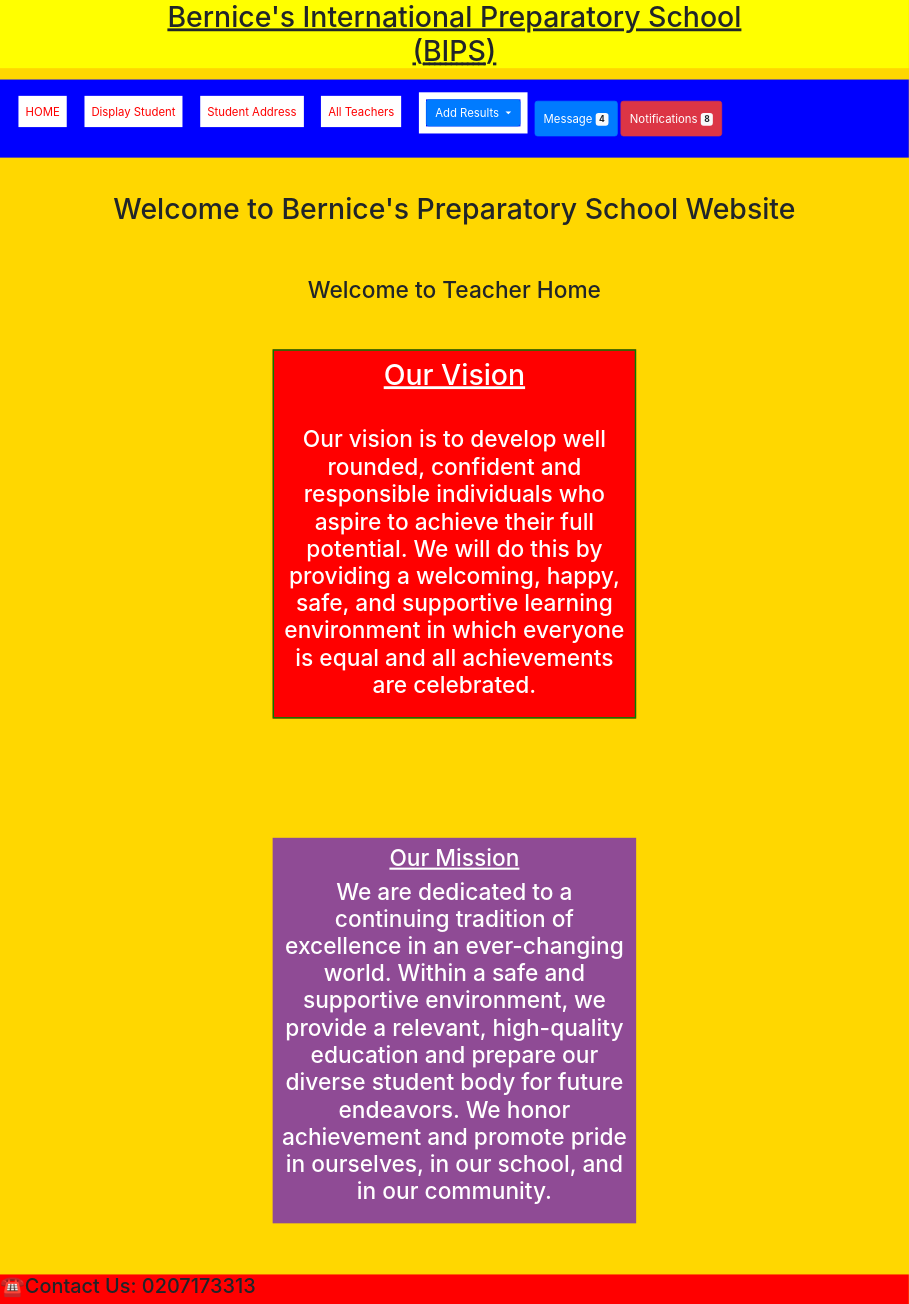
Repository: joseackah/eclipse-workspace
Page: http://localhost/com.school.mgt.system.Front.End/WEB-INF/views/teacherHome.jsp
The author's editor kept a copy of each file at every save. The page is drawn from the files as they stood at one save, then again after the next save.
The browser window is 1280 px wide. The pictures show the whole page, at 71% of full size.
The page is served by Tomcat 9. Nobody is signed in. Other server files are loaded and not shown. The template is opened directly, without the code that normally fills it, so the values that code supplies are empty.

Above is the page before, as saved 2021-08-14 20:26:27.

### com.school.mgt.system.Front.End/src/main/webapp/WEB-INF/views/teacherHome.jsp
<%@ page language="java" contentType="text/html; charset=ISO-8859-1"
    pageEncoding="ISO-8859-1"%>
<!DOCTYPE html>
<html>
<head>
<style type="text/css">

a:link{
color: red;
}
a:visited{
color: green;
}
li:hover{
background-color: green;
transition: 5s;
color: red;
}
.article{
padding: 2em;
color: white;
animation: mymove 5s infinite;
position: relative;
}
@keyframes mymove{
from{background-color: red;
}
to{background-color: blue;
}
}
h3:before{
content: '\260E';}

.aside{
padding: 2em;
color: white;
position: relative;
animation-name: myaside;
animation: myaside 6s infinite;
}
@keyframes myaside{
from{background-color: green;}
to {background-color: rgb(145,74,152);}
}
</style>

<link href="${pageContext.request.contextPath}/resources/index.css"
	rel="stylesheet">
<meta charset="ISO-8859-1">
<meta name="viewport" content="width=device-width, initial-scale=1">
  <link rel="stylesheet" href="https://maxcdn.bootstrapcdn.com/bootstrap/4.5.2/css/bootstrap.min.css">
  <script src="https://ajax.googleapis.com/ajax/libs/jquery/3.5.1/jquery.min.js"></script>
  <script src="https://cdnjs.cloudflare.com/ajax/libs/popper.js/1.16.0/umd/popper.min.js"></script>
  <script src="https://maxcdn.bootstrapcdn.com/bootstrap/4.5.2/js/bootstrap.min.js"></script>
<title>TEACHER HOME</title>
</head>
<body style="background-color:gold;">
 <div id='firstHeader' class='firstHeader' name='firstHeader'>

        <h1 style="text-align:center"><ins>Bernice's International Preparatory School <p>(<abbr title="Bernice's International Preparatory School">BIPS</abbr>)</p></ins></h1>
    </div>
    <nav class="navbar navbar-expand-sm bg-blue navbar-blue" style="background-color: blue; content-display: flex-end;">
        <ul>
            <li><a href="${pageContext.request.contextPath}/general/homePage">HOME</a></li>

            <li><a href="${pageContext.request.contextPath}/schoolStudents/displayStudents">Display Student</a></li>

            <li><a href="${pageContext.request.contextPath}/studentAddress/displayStudentAddress">Student Address</a></li>

            <li><a href="${pageContext.request.contextPath}/schoolTeachers/displayTeachers">All Teachers</a></li>

           <li>
           <div class="dropdown" style="background-color:blue;">

  <button type="button" class="btn btn-primary dropdown-toggle" data-toggle="dropdown" >
    Add Results
  </button>
  <div class="dropdown-menu">
    <a class="dropdown-item" href="${pageContext.request.contextPath}/lowerPrimary/saveResults">Primary One</a>
    <a class="dropdown-item" href="#">Primary Two</a>
    <a class="dropdown-item" href="#">Primary Three</a>
    <a class="dropdown-item" href="#">Primary Four</a>
    <a class="dropdown-item" href="#">Primary Five</a>
    <a class="dropdown-item" href="#">Primary Six</a>
    <a class="dropdown-item" href="#">JHS One</a>
    <a class="dropdown-item" href="#">JHS Two</a>
    <a class="dropdown-item" href="#">JHS Three</a>
  </div>
</div>
      </li>

        </ul>

        <div class="">
        <div>
        <button type="button" class="btn btn-primary" style="margin-right: em; height: 50px">Message <span class="badge badge-light">4</span></button>
        <button type="button" class="btn btn-danger" style="margin-right: em; height: 50px">Notifications <span class="badge badge-light">8</span></button>
        </div>


	</div>
    </nav>

<br/>
<br />
<h1 style='text-align: center;'>Welcome to Bernice's Preparatory School Website</h1>
<br/> <br/>
 <p style="text-align:center"> <h2 style="text-align:center" > Welcome to Teacher Home </h2> </p> <br /> <br />

 <section style="display:flex-center; width:100%; text-align:center;">
 <article class="article" style="display:;display:inline-block; width:40%; border: 2px solid green; background-color:red;">
  <header style="display:center;"> <h1 style="text-align:center;"> <ins> Our Vision</ins></h1> <br/>
   <p><h2>Our vision is to develop well rounded, confident and responsible individuals who aspire to achieve their full potential. We will do this by providing a welcoming, happy, safe, and supportive learning environment in which everyone is equal and all achievements are celebrated. </h2></p>
</header>
</article><br /> <br /><br /> <br /><br /> <br /><br /> <br />
<aside class="aside" style="display:inline-block; width:40%; background-color:green;  height: 50%;" >
<article >

<header> <h2> <ins> Our Mission</ins></h2></header>
<h2><p>We are dedicated to a continuing tradition of excellence in an ever-changing world. Within a safe and supportive environment, we provide a relevant, high-quality education and prepare our diverse student body for future endeavors. We honor achievement and promote pride in ourselves, in our school, and in our community. </p></h2>
</article>
</aside>
</section>
<br /> <br/> <br/>
<div id="mainFooter" style="background-color:red; display:flex; position:center;">
<footer id="mainFooter"  style="">
<h3 style="display:bottom; ">Contact Us: 0207173313</h3>

</footer>
</div>
${count}
</body>
</html>

### com.school.mgt.system.Front.End/src/main/webapp/resources/index.css
* {
    padding: 0px;
    margin: 0px;
}

.body{

	background-color:brown;
}

nav {
    /*display: flex;*/
    /*display: inline-block;*/
    align-items: center;
    align-content: center;
    width: 100%;
    border: 4px;
    background-color: blue;
}

nav li {
    display: inline-block;
    padding: 10px;
    margin: 10px;
    background-color: white;
    /*align-content: center;*/
    text-align: center;
}

#searchForm {
    float: right;
    height: 50px;
    width: 20%;
}

#input {
    align-content: flex-end;
    float: right;
    height: 40px;
    width: 70%;
    padding: 10px;
    padding-top: 30px;
    padding-bottom: 16px;
    margin: 5px;
}

#navsub {
    float: right;
    margin-top: 10px;
    margin-right: 5px;
    margin-left: 0px;
    padding: 10px;
}

#firstHeader {
    /*display: flex;*/
    /*float: left;*/
    background-color: yellow;
    height: 500%;
}








#his {
    /*display: flex;*/
    text-align: center;
    padding-top: 20px;
}

#p1 {
    padding: 20px;
    margin: 5px;
}

#brief {
    /*display: ;*/
    float: right;
    width: 50%;
    border: 2px;
    padding: 3px;
    padding-left: 3px;
    text-align: center;
    margin: 5px solid black;
    height: 99%;
    background-color: greenyellow;
    /*clear: both;*/
}

#table1 {
    text-align: left;
    align-content: left;
    padding-left: 10px;
    margin: 55px;
}





.footer {
	background-color: blue;

}

.collapsible {
    background-color: rgb(145, 125, 157);
    color: rgb(201, 181, 152);
    cursor: pointer;
    padding: 2px;
    width: 100%;
    border: none;
    text-align: center;
    outline: none;
    font-size: 12px;
}

.active,
.collapsible:hover {
    background-color: rgb(47, 47, 167);
}

.content {
    padding: 18px;
    display: none;
    overflow: hidden;
    background-color: whitesmoke;
}
.aside, .article{
	padding: 10px;
}

.article:hover{
	background-color: blue;
	color: white;
}

.td{
	padding: .5em 2em;
	border-radius: 5em;
}
nav li:hover{
	background-color:red;

}

After the next save:
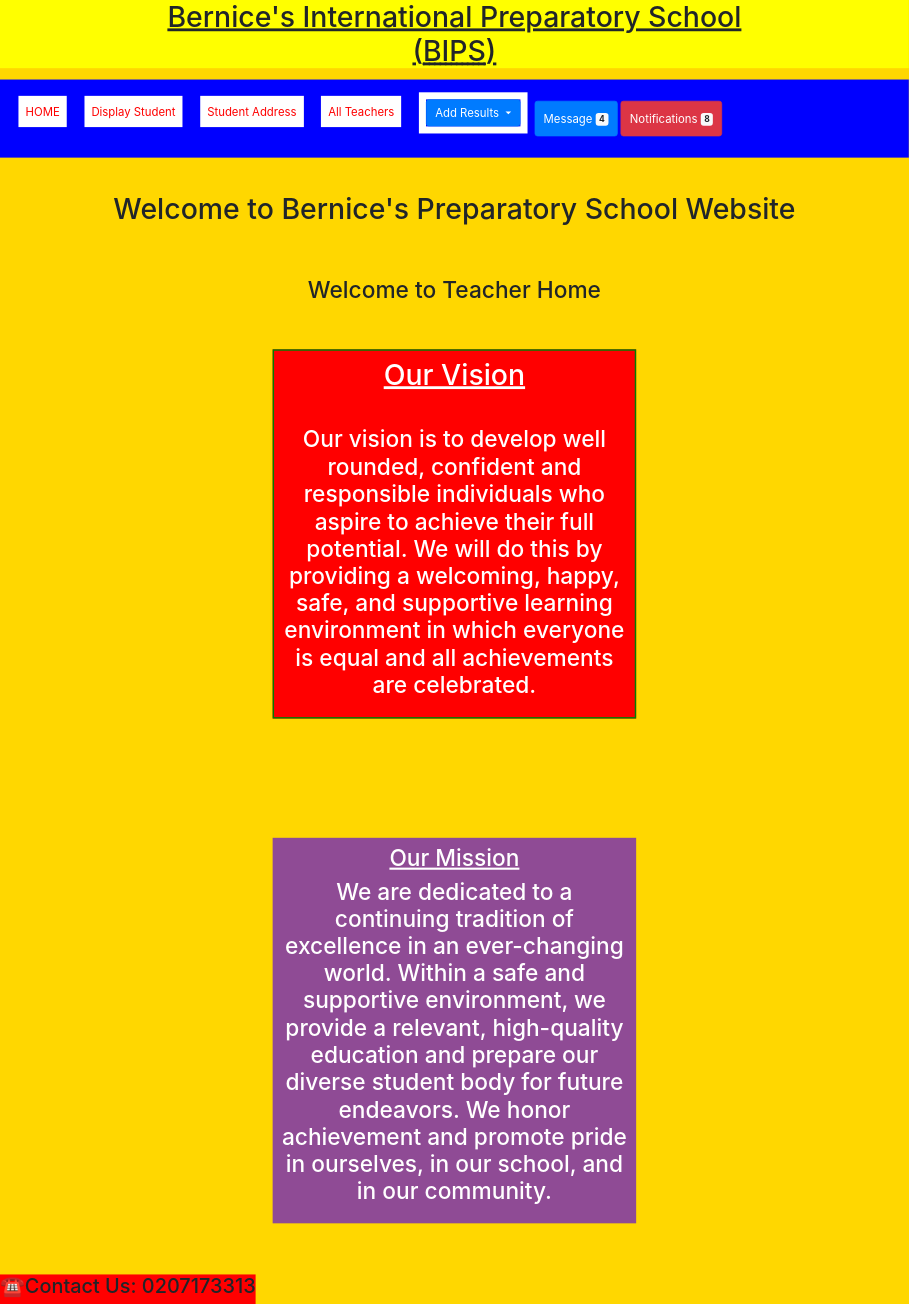
Saved 48 s later.
--- a/com.school.mgt.system.Front.End/src/main/webapp/WEB-INF/views/teacherHome.jsp
+++ b/com.school.mgt.system.Front.End/src/main/webapp/WEB-INF/views/teacherHome.jsp
@@ -122,7 +122,7 @@
 </aside>
 </section>
 <br /> <br/> <br/>
-<div id="mainFooter" style="background-color:red; display:flex; position:center;">
+<div id="mainFooter" style="background-color:red; display:flex; position:absolute;">
 <footer id="mainFooter"  style="">
 <h3 style="display:bottom; ">Contact Us: 0207173313</h3>
 

After the save that followed:
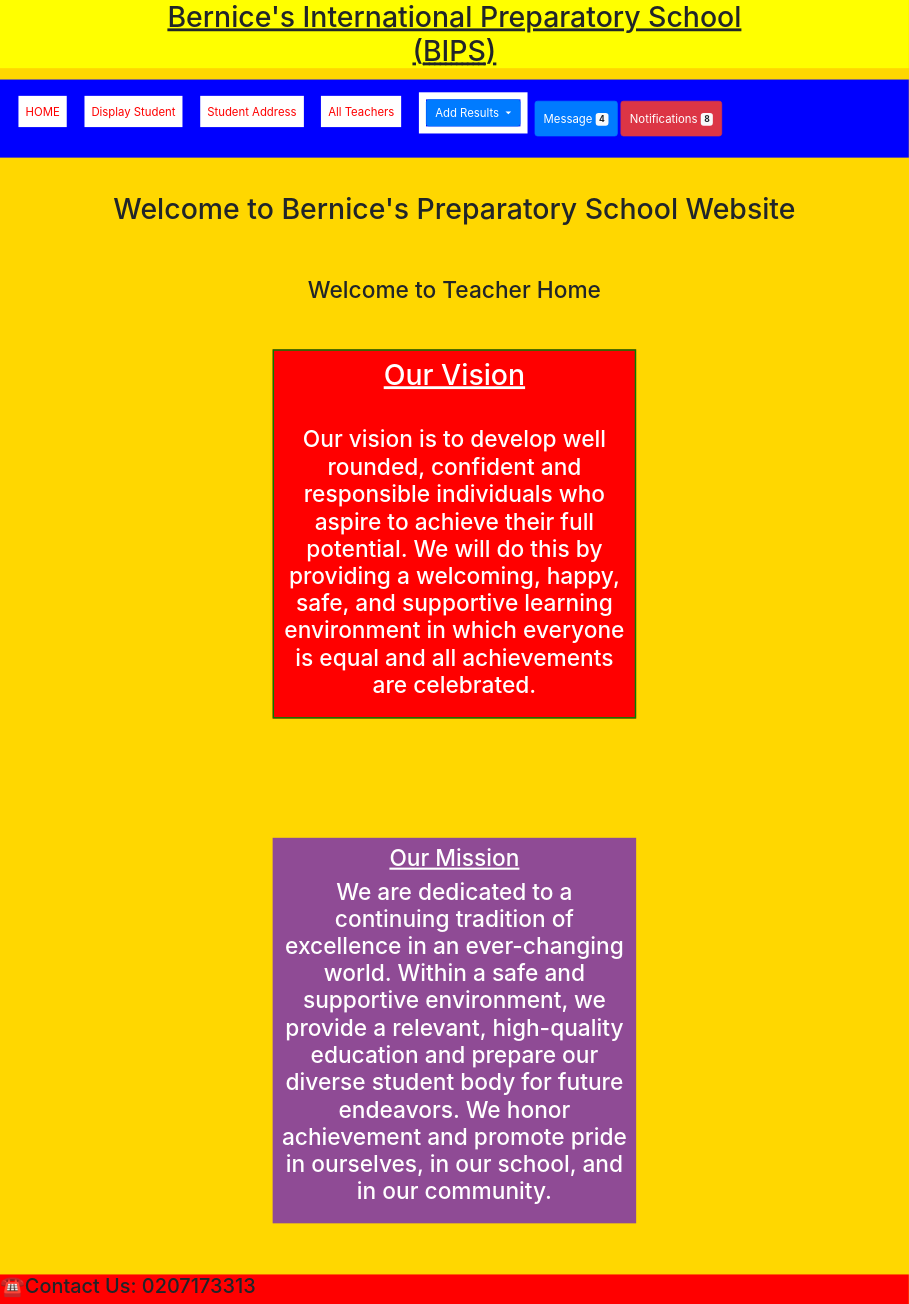
Saved 39 s later.
--- a/com.school.mgt.system.Front.End/src/main/webapp/WEB-INF/views/teacherHome.jsp
+++ b/com.school.mgt.system.Front.End/src/main/webapp/WEB-INF/views/teacherHome.jsp
@@ -122,7 +122,7 @@
 </aside>
 </section>
 <br /> <br/> <br/>
-<div id="mainFooter" style="background-color:red; display:flex; position:absolute;">
+<div id="mainFooter" style="background-color:red; display:flex; position:absolute right;">
 <footer id="mainFooter"  style="">
 <h3 style="display:bottom; ">Contact Us: 0207173313</h3>
 
